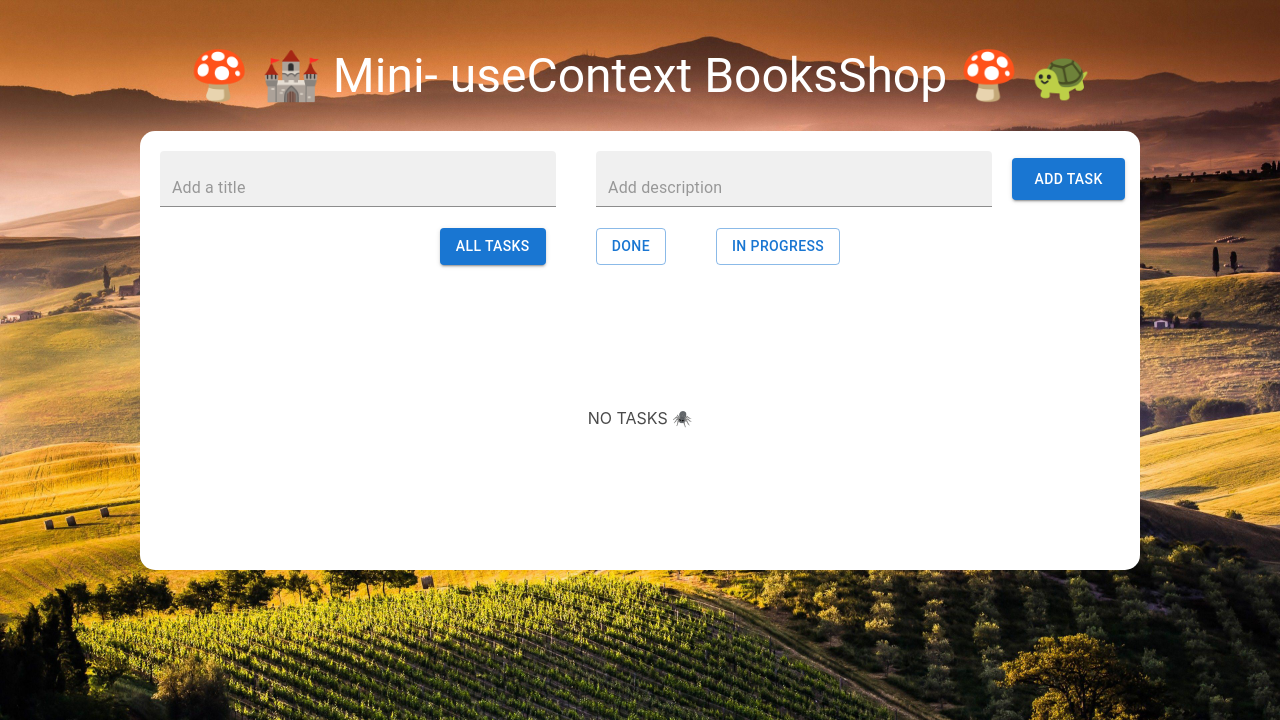
Repository: Tracy-maker/mini-bookshop
Page: /
An editor plug-in stored every save of this project. The page is shown before and after the next save, followed by the edit.
The browser window is 1280 px wide. The pictures show the whole page.
The project was rebuilt for these pictures with package versions that can differ from the ones it lists, and the page was loaded fresh each time. Also part of the build but not shown: src/components/TaskEdit.js, src/components/TaskShow.js.

Above is the page before, as saved 2023-09-21 13:16:50.

After the next save:
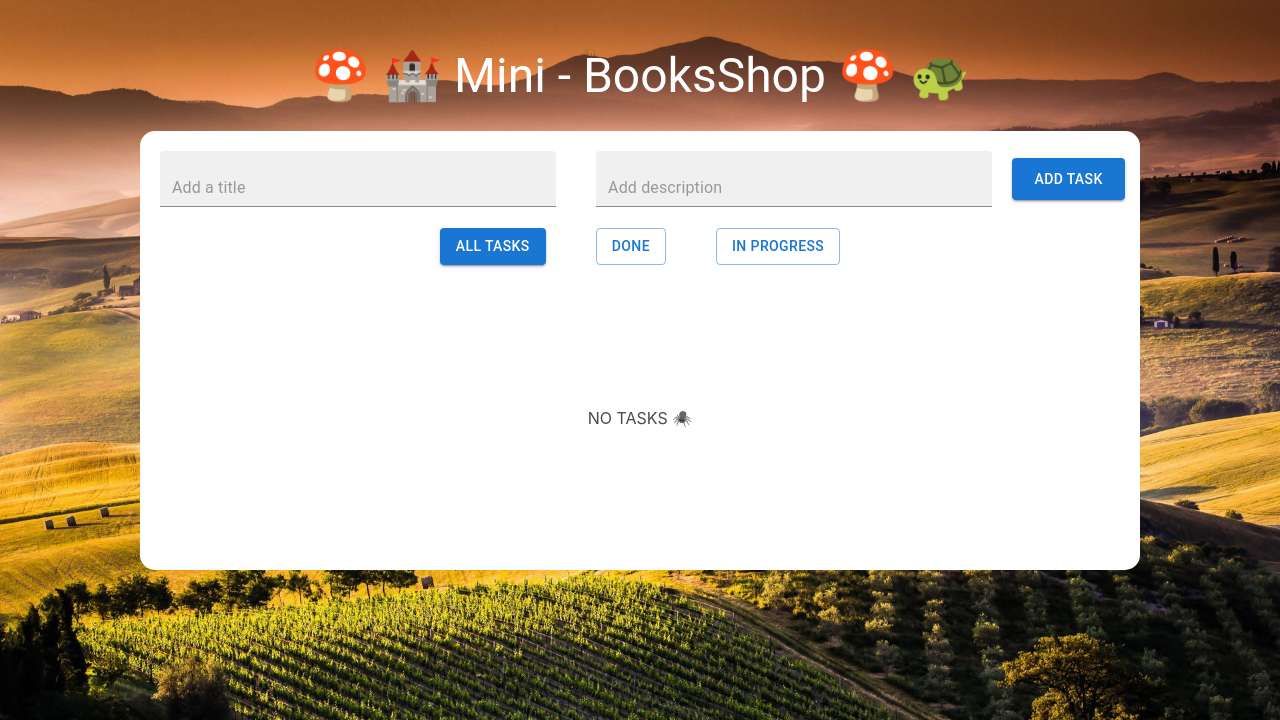
Saved 19 s later.
--- a/src/App.js
+++ b/src/App.js
@@ -121,7 +121,7 @@ function App() {
   return (
     <StyledContainer>
       <Title variant="h3" gutterBottom>
-      🍄 🏰 Mini- useContext BooksShop 🍄 🐢
+      🍄 🏰 Mini - BooksShop 🍄 🐢
       </Title>
       <TaskForm>
         <CreateTask onCreate={createTask} />
